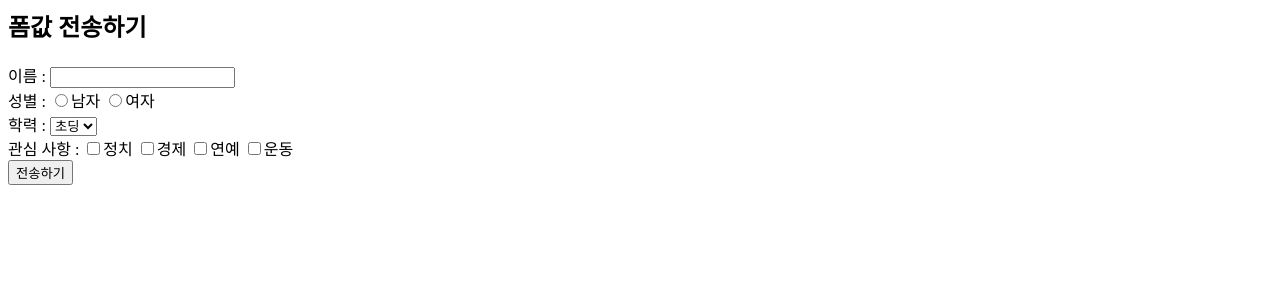
Repository: jungwoonAn/jsp_basic
Page: http://localhost/MustHaveJSP/10_EL/FormSubmit.jsp
These files come from the project's save history. The page is drawn as it stood at one moment and after the next save; the edit follows.
The browser window is 1280 px wide. The pictures show the whole page.
The page is served by Tomcat 10.

Above is the page before, as saved 2024-10-24 06:21:59.

After the next save:
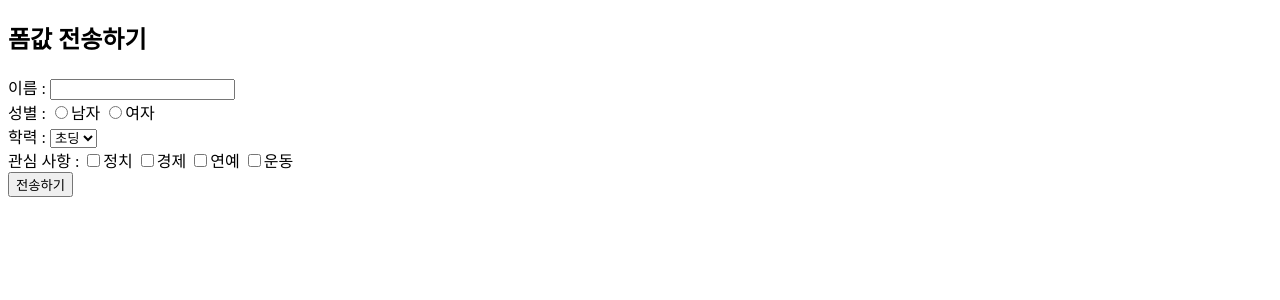
Saved 27 s later.
--- a/MustHaveJSP/src/main/webapp/10_EL/FormSubmit.jsp
+++ b/MustHaveJSP/src/main/webapp/10_EL/FormSubmit.jsp
@@ -1,8 +1,11 @@
 <%@ page language="java" contentType="text/html; charset=UTF-8"
     pageEncoding="UTF-8"%>
+<!DOCTYPE html>
 <html>
+<head>
 <meta charset="UTF-8">
-<head><title>표현 언어(EL) - 폼값 처리</title></head>
+<title>표현 언어(EL) - 폼값 처리</title>
+</head>
 <body>
     <h2>폼값 전송하기</h2>
     <form name="frm" method="post" action="FormResult.jsp">
